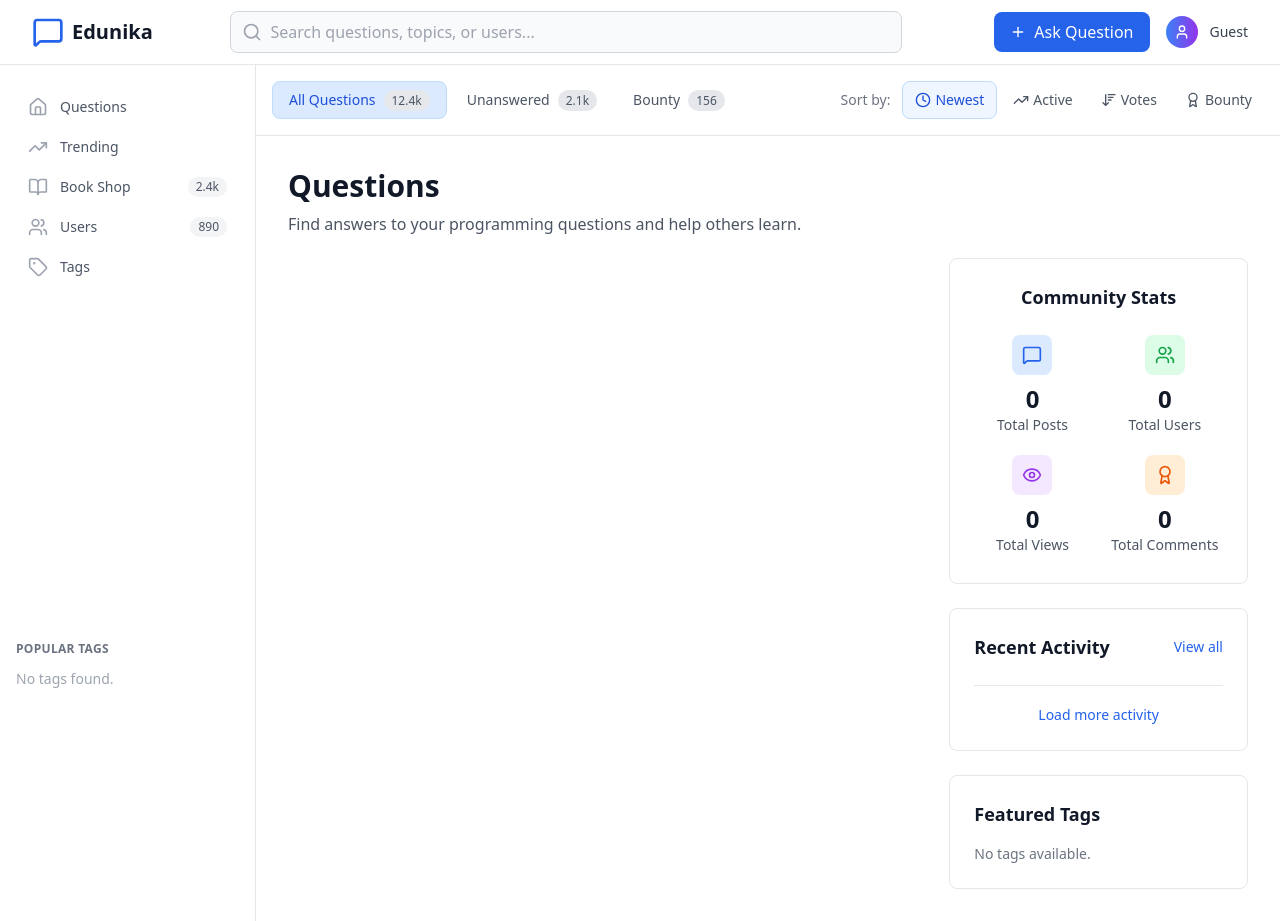
Repository: Ruddro420/forum-front-end
Page: /questions
An editor plug-in stored every save of this project. The page is shown before and after the next save, followed by the edit.
The browser window is 1280 px wide. The pictures show the whole page.
The page's requests for data from a server got no answer. The project was rebuilt for these pictures with package versions that can differ from the ones it lists, and the page was loaded fresh each time. No one was signed in, and anything a server would have sent is missing. Also part of the build but not shown: vite.config.js, src/Pages/Home.jsx, src/components/Question/QuestionCard.jsx, src/components/Question/AddQuestionSidebar.jsx, src/Pages/AskQuestion.jsx, src/Pages/ShopPage.jsx, src/Pages/QuestionDetail.jsx, src/Pages/ChatInterface.jsx and 6 more.

Above is the page before, as saved 2025-08-07 01:31:19.

After the next save:
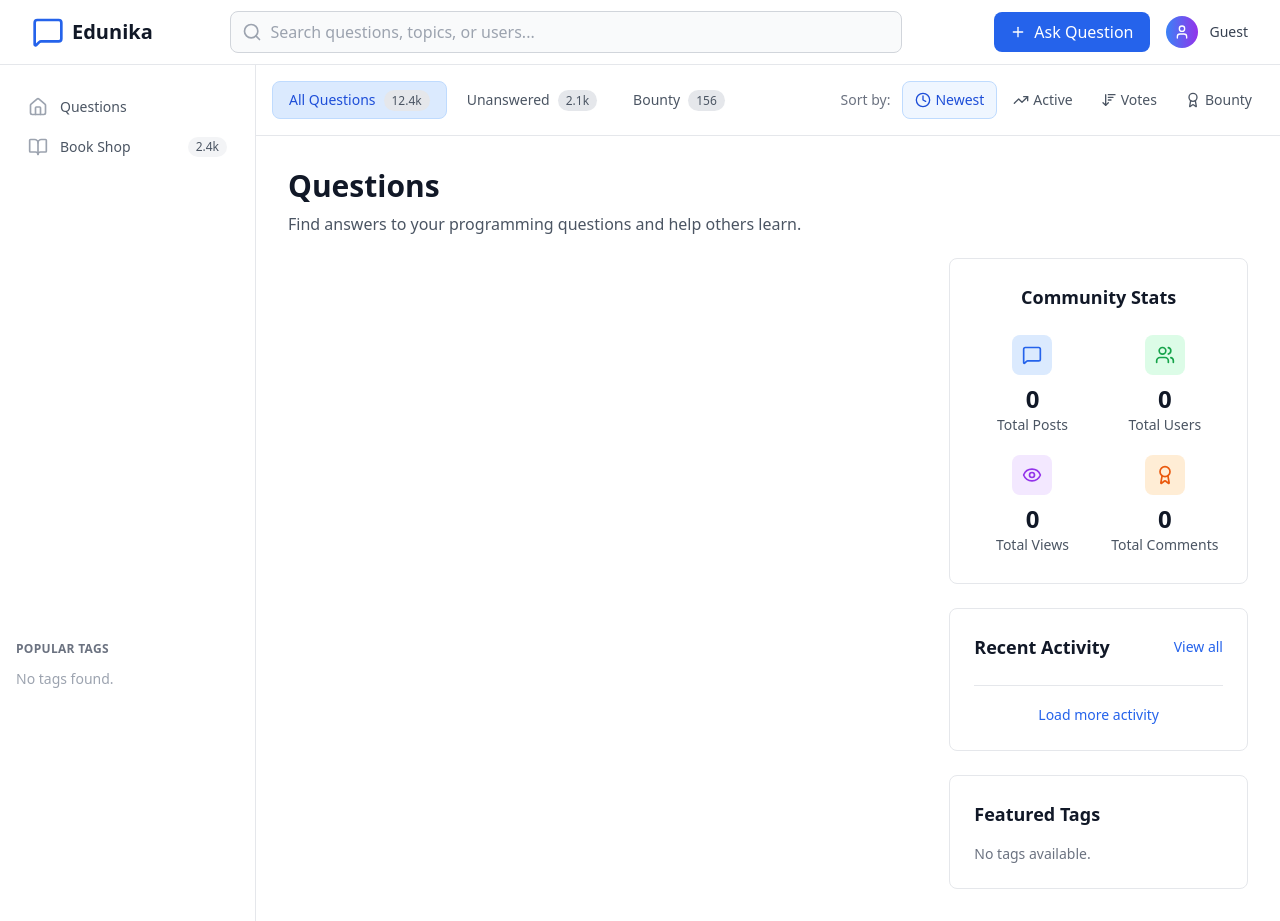
Saved 47 s later.
--- a/src/Layouts/Sidebar.jsx
+++ b/src/Layouts/Sidebar.jsx
@@ -8,10 +8,10 @@ const Sidebar = ({ isOpen, onClose }) => {
 
   const navigationItems = [
     { icon: Home, label: 'Questions', count: null, url: "/" },
-    { icon: TrendingUp, label: 'Trending', count: null, url: "#" },
+    // { icon: TrendingUp, label: 'Trending', count: null, url: "#" },
     { icon: BookOpen, label: 'Book Shop', count: '2.4k', url: "/shop" },
-    { icon: Users, label: 'Users', count: '890', url: "#" },
-    { icon: Tag, label: 'Tags', count: null, url: "#" },
+    // { icon: Users, label: 'Users', count: '890', url: "#" },
+    // { icon: Tag, label: 'Tags', count: null, url: "#" },
   ];
 
   // Convert fetauredTag object to array and limit to 9
